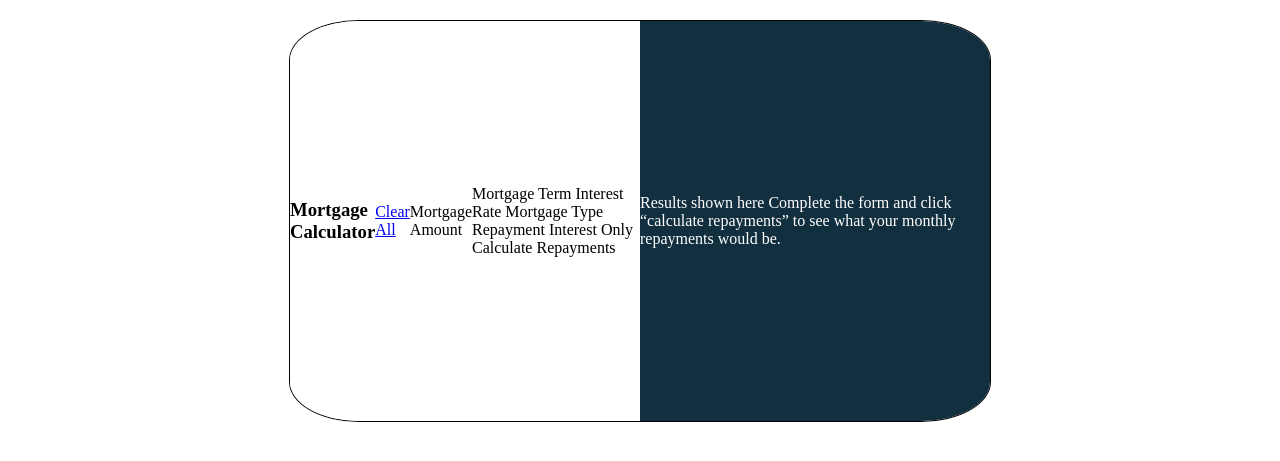
Repository: GravielPV/Mortgage-repayment-calculator
Page: index.html
These files come from the project's save history. The page is drawn as it stood at one moment and after the next save; the edit follows.
The browser window is 1280 px wide. The pictures show the whole page.

Above is the page before, as saved 2025-12-11 16:49:39.

After the next save:
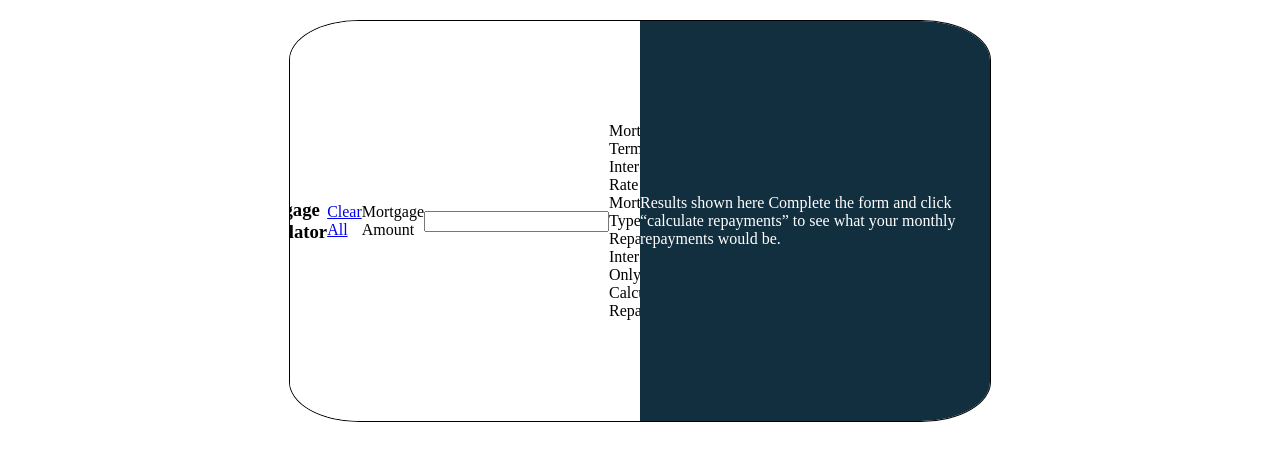
Saved 15 s later.
--- a/index.html
+++ b/index.html
@@ -19,7 +19,7 @@
   <a href="#">Clear All</a>
 
   <label for="">Mortgage Amount</label>
-
+<input type="text" name="" id="">
   Mortgage Term
 
   Interest Rate
